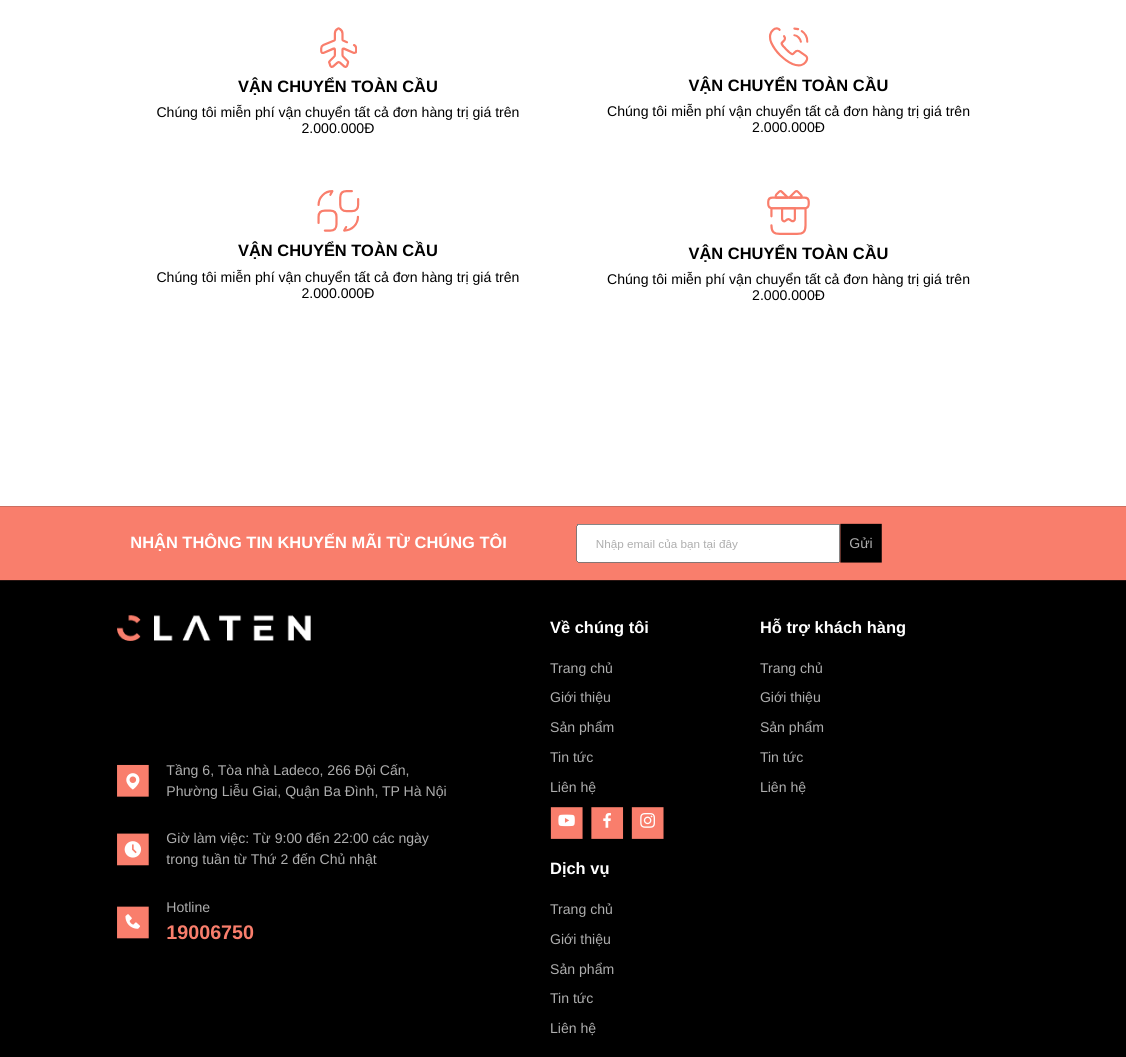
Repository: RennoPMXK/doan
Page: index.html
These files come from the project's save history. The page is drawn as it stood at one moment and after the next save; the edit follows.
The browser window is 1280 px wide. The pictures show the part of the page from y = 573 to 1774 px (the page is 1774 px tall before and 1766 px after), at 88% of full size.

Above is the page before, as saved 2021-11-16 19:56:36.

### index.html
<!DOCTYPE html>
<html lang="en">
<head>
    <meta charset="UTF-8">
    <meta http-equiv="X-UA-Compatible" content="IE=edge">
    <meta name="viewport" content="width=device-width, initial-scale=1.0">
    <title>Document</title>
    <link rel="stylesheet" href="./grid.css">
    <link rel="stylesheet" href="./style.css">
    <link rel="stylesheet" href="./responsible.css">
    <link href='https://unpkg.com/boxicons@2.0.9/css/boxicons.min.css' rel='stylesheet'>
</head>
<body>
    <div class="navbar">
        <div class="navbar-wrapper">
            <a class="logo">
                <img src="./img/logo.png" alt="">
            </a>

            <div class="navbar-menu mobile-menu">
                <i class='bx bx-x mobile-close-icon'></i>
                <li class="navbar-menu-item"><a class = 'active' href="#">Trang chủ</a></li>
                <li class="navbar-menu-item"><a href="#">Giới thiệu</a></li>
                <li class="navbar-menu-item"><a href="#">Sản phẩm <i class='bx bxs-down-arrow navbar-menu-icon'></i></a>
                    <ul class="navbar-sub-menu">
                        <li class="navbar-sub-menu-item"><a href="">Đồng hồ nam</a></li>
                        <li class="navbar-sub-menu-item"><a href="">Đồng hồ nữ</a></li>
                        <li class="navbar-sub-menu-item"><a href="">Đồng hồ mới về</a></li>
                        <li class="navbar-sub-menu-item"><a href="">Phụ kiện nam</a></li>
                        <li class="navbar-sub-menu-item"><a href="">Phụ kiện nữ</a></li>
                    </ul>
                </li>
                <li class="navbar-menu-item"><a href="#">Tin tức</a></li>
                <li class="navbar-menu-item"><a href="#">Liên hệ</a></li>
            </div>

            <div class="navbar-icon">
                 <li class="navbar-icon-item"><a href=""><i class='bx bx-search-alt'></i></a></li>
                 <li class="navbar-icon-item"><a href=""><i class='bx bx-user'></i></a></li>
                 <li class="navbar-icon-item"><a href="#"><i class='bx bx-shopping-bag bx-tada ' ></i></a></li>
                 <li class="navbar-icon-item"><a href="#"><i class='bx bx-menu-alt-right menu-icon'></i></a></li>

            </div>
        </div>
        <div class="modal"></div>
    </div>

    <section class="hero-section">

             <div class="bgimg slide-item fade" style="background-image: url(./img/1a\(32\).jpg)">
                 <div class="caption">
                     <h2 class="top-down delay-2">
                        ĐỒNG HỒ ROLEX

                     </h2>

                     <p class="top-down delay-4">
                       Lorem ipsum dolor sit amet consectetur adipisicing elit. Aut eligendi voluptates enim tempora cupiditate ex minus aperiam impedit maxime nam. Sunt neque amet veniam vitae adipisci impedit aliquam officia hic.
                     </p>

                     <button class="top-down delay-6">
                         MUA NGAY
                     </button>
                 </div>

             </div>


             <div class="bgimg slide-item fade" style="background-image: url(./img/dong-ho-thoi-trang-rolex-banner.jpg)">
                <div class="caption">
                    <h2>
                        ĐỒNG HỒ ROLEX
                    </h2>

                    <p>
                        Lorem ipsum dolor sit amet consectetur adipisicing elit. Aut eligendi voluptates enim tempora cupiditate ex minus aperiam impedit maxime nam. Sunt neque amet veniam vitae adipisci impedit aliquam officia hic.
                    </p>

                    <button>
                        MUA NGAY
                    </button>
                </div>

             </div>


             <div class="bgimg slide-item fade" style="background-image: url(./img/Banchay_Longines_banner-1024x427.jpg)">
                <div class="caption">
                    <h2>
                        ĐỒNG HỒ ROLEX
                    </h2>

                    <p>
                        Lorem ipsum dolor sit amet consectetur adipisicing elit. Aut eligendi voluptates enim tempora cupiditate ex minus aperiam impedit maxime nam. Sunt neque amet veniam vitae adipisci impedit aliquam officia hic.
                    </p>

                    <button>
                        MUA NGAY
                    </button>
                </div>

             </div>


             <div class="slide-control">
                <div class="slide-control-wrapper">
                    <span class="dot" onclick="chooseSlide(0)"></span>
                    <span class="dot"  onclick="chooseSlide(1)"></span>
                    <span class="dot" onclick="chooseSlide(2)" ></span>

                </div>
             </div>

    </section>

    <section class="hero-section-mini ">
        <div class="container row">
            <div class="hero-section-mini-item col-3 col-md-6 col-sm-6">
                <img src="./img/icon_service_1.svg" alt="">
                 <h3>VẬN CHUYỂN TOÀN CẦU</h3>
                 <p>Chúng tôi miễn phí vận chuyển tất cả đơn hàng trị giá trên 2.000.000Đ</p>
            </div>

            <div class="hero-section-mini-item col-3 col-md-6 col-sm-6">
               <img src="./img/icon_service_2.svg" alt="">
                <h3>VẬN CHUYỂN TOÀN CẦU</h3>
                <p>Chúng tôi miễn phí vận chuyển tất cả đơn hàng trị giá trên 2.000.000Đ</p>
           </div>

           <div class="hero-section-mini-item col-3 col-md-6 col-sm-6">
               <img src="./img/icon_service_3.svg" alt="">
                <h3>VẬN CHUYỂN TOÀN CẦU</h3>
                <p>Chúng tôi miễn phí vận chuyển tất cả đơn hàng trị giá trên 2.000.000Đ</p>
           </div>

           <div class="hero-section-mini-item col-3 col-md-6 col-sm-6">
               <img src="./img/icon_service_4.svg" alt="">
                <h3>VẬN CHUYỂN TOÀN CẦU</h3>
                <p>Chúng tôi miễn phí vận chuyển tất cả đơn hàng trị giá trên 2.000.000Đ</p>
           </div>

        </div>
    </section>

    <div class="footer">
        <div class="footer-contact">
            <div class="container">
                <div class= "footer-contact-content row">
                    <h3 class="col-6 col-md-6 col-sm-12">NHẬN THÔNG TIN KHUYẾN MÃI TỪ CHÚNG TÔI</h3>
                    <div class="form col-6 col-md-6 col-sm-12">
                        <input type="text" placeholder="Nhập email của bạn tại đây"><a href="">Gửi</a></input>

                    </div>

                </div>

            </div>

         </div>
        <div class="container">

            <div class="wrapper row ">
                <div class="footer-logo row col-5 col-md-6 col-sm-12">
                    <a class="footer-img">
                        <img src="./img/logo.png" alt="">
                    </a>

                    <ul class="footer-des">
                           <li class="footes-des-item">
                               <div class="footer-des-icon">
                                    <i class='bx bxs-map'></i>
                               </div>
                               <p>Tầng 6, Tòa nhà Ladeco, 266 Đội Cấn,<br> Phường Liễu Giai, Quận Ba Đình, TP Hà Nội</p>
                           </li>
                           <li class="footes-des-item">
                                <div class="footer-des-icon">
                                    <i class='bx bxs-time-five' ></i>
                                </div>
                               <p>Giờ làm việc: Từ 9:00 đến 22:00 các ngày <br>trong tuần từ Thứ 2 đến Chủ nhật</p>
                           </li>
                           <li class="footes-des-item">
                            <div class="footer-des-icon">
                                <i class='bx bxs-phone' ></i>
                             </div>
                               <p>Hotline<br>
                                   <span>19006750</span>
                               </p>
                           </li>
                    </ul>
                </div>

                <div class="footer-menu row col-7 col-md-6 col-sm-12">
                     <div class="footer-menu-item col-4 col-md-6 col-sm-12">
                         <h3>Về chúng tôi</h3>
                         <ul>
                            <li><a href="">Trang chủ</a></li>
                            <li><a href="">Giới thiệu</a></li>
                            <li><a href="">Sản phẩm</a></li>
                            <li><a href="">Tin tức</a></li>
                            <li><a href="">Liên hệ</a></li>
                         </ul>

                         <div class="footer-social">
                            <li><a href=""><i class='bx bxl-youtube' ></i></a></li>
                            <li><a href=""><i class='bx bxl-facebook' ></i></a></li>
                            <li><a href=""><i class='bx bxl-instagram' ></i></a></li>
                       </div>
                     </div>

                     <div class="footer-menu-item col-4 col-md-6 col-sm-12">
                        <h3>Hỗ trợ khách hàng</h3>
                        <ul>
                           <li><a href="">Trang chủ</a></li>
                           <li><a href="">Giới thiệu</a></li>
                           <li><a href="">Sản phẩm</a></li>
                           <li><a href="">Tin tức</a></li>
                           <li><a href="">Liên hệ</a></li>
                        </ul>
                    </div>

                    <div class="footer-menu-item col-4 col-md-6 col-sm-12">
                        <h3>Dịch vụ</h3>
                        <ul>
                           <li><a href="">Trang chủ</a></li>
                           <li><a href="">Giới thiệu</a></li>
                           <li><a href="">Sản phẩm</a></li>
                           <li><a href="">Tin tức</a></li>
                           <li><a href="">Liên hệ</a></li>
                        </ul>
                    </div>



                </div>


            </div>
        </div>
    </div>


    <script src="./app.js"></script>
</body>
</html>

### grid.css
.row {
    display: flex;
    flex-wrap: wrap;
    margin: 0 -15px;
}

[class*="col-"] {
    padding: 0 15px;
}

.col-1 {
    width: 8.33%;
}

.col-2 {
    width: 16.66%;
}

.col-3 {
    width: 25%;
}

.col-4 {
    width: 33.33%;
}

.col-5 {
    width: 41.66%;
}

.col-6 {
    width: 50%;
}

.col-7 {
    width: 58.33%;
}

.col-8 {
    width: 66.66%;
}

.col-9 {
    width: 75%;
}

.col-10 {
    width: 83.33%;
}

.col-11 {
    width: 91.66%;
}

.col-12 {
    width: 100%;
}

/* MEDIUM SCREEN */

@media only screen and (max-width: 1280px) {
    .col-md-1 {
        width: 8.33%;
    }

    .col-md-2 {
        width: 16.66%;
    }

    .col-md-3 {
        width: 25%;
    }

    .col-md-4 {
        width: 33.33%;
    }

    .col-md-5 {
        width: 41.66%;
    }

    .col-md-6 {
        width: 50%;
    }

    .col-md-7 {
        width: 58.33%;
    }

    .col-md-8 {
        width: 66.66%;
    }

    .col-md-9 {
        width: 75%;
    }

    .col-md-10 {
        width: 83.33%;
    }

    .col-md-11 {
        width: 91.66%;
    }

    .col-md-12 {
        width: 100%;
    }
}

/* SMALL SCREEN */

@media only screen and (max-width: 850px) {
    .col-sm-1 {
        width: 8.33%;
    }

    .col-sm-2 {
        width: 16.66%;
    }

    .col-sm-3 {
        width: 25%;
    }

    .col-sm-4 {
        width: 33.33%;
    }

    .col-sm-5 {
        width: 41.66%;
    }

    .col-sm-6 {
        width: 50%;
    }

    .col-sm-7 {
        width: 58.33%;
    }

    .col-sm-8 {
        width: 66.66%;
    }

    .col-sm-9 {
        width: 75%;
    }

    .col-sm-10 {
        width: 83.33%;
    }

    .col-sm-11 {
        width: 91.66%;
    }

    .col-sm-12 {
        width: 100%;
    }
}

### style.css
:root {
    --orangeprime : #F97E6C;
    --blackrgba : rgba(0, 0, 0, 0.945);
    --footer-color : #AEAEAE;
}

html {
box-sizing: border-box;
}
*{
margin: 0;
padding: 0;
}
*,*:before,*:after {
box-sizing: border-box;
}
input,
textarea,
select,
button{
outline: none;
}
input{
line-height: normal;
}
label,
button{
cursor: pointer;
}
a {
text-decoration: none;

}
img {
display: block;

}

ul{
    list-style-type: none;
}

body {
    font-family: Montserrat,"Helvetica Neue",Helvetica;
}

span {
    color: var(--orangeprime);
    cursor: pointer;
    transition : all 0.3s linear;
    font-size: 1.4rem;
    font-weight: bold;
}

span:hover {
    color : white
}

li {
    list-style-type: none;
}

.container {
    margin : 0 auto;
    padding: 0 10%;
}
/* navbar */

.navbar {
    background-color: black;
    position: relative;

}

.navbar-wrapper {
   padding : 20px 0px;
   display: flex;
   align-items: center;
   justify-content: space-evenly;
}

.navbar-menu {
    display: flex;
    list-style-type: none;
}

.navbar-menu-icon {
    font-size: 0.5rem;
    transform: translateY(-2.5px);
    transition : 0.2s linear;
}

.navbar-menu-icon{
    transition: 0.2s ease-in-out;
}

.navbar-menu-icon.active {
    transform: rotate(-180deg);
}

.navbar-menu-item {
    position: relative;
}

.navbar-menu-item a.active {
    color: var(--orangeprime);
}

.navbar-menu-item ~ .navbar-menu-item {
    margin-left: 30px;
}

.navbar-menu-item a {
    color: white;
    font-size: 1rem;
    transition: 0.2s ease-in-out;
    letter-spacing: 1px;
}


.navbar-menu-item a:hover {
    color : var(--orangeprime);
}

.navbar-menu-item:nth-child(3) {
    position: relative;
}



.navbar-sub-menu{
    width: 150px;
    position: absolute;
    list-style-type: none;
    padding : 20px;
    background-color: var(--blackrgba);
    top: 30px;
    z-index: 100;
    display : none;
    transition: all 0.2s ease-in-out;
}


.navbar-menu-item:active .navbar-sub-menu {
    display : block;
    top: 30px;
}




.navbar-sub-menu-item {
   margin : 10px 0;
}

.navbar-sub-menu.active {
    display : block;
}

.navbar-sub-menu-item a {
    font-size: 0.8rem;
    letter-spacing: 1.2px;
}

.navbar-icon {
    display: flex;
    list-style-type: none;
}

.navbar-icon-item ~ .navbar-icon-item {
    margin-left: 25px;
}

.navbar-icon-item a {
    color : white;
    font-size: 1.5rem;
    transition: 0.2s ease-in-out;
}

.navbar-icon-item a:hover {
    color : var(--orangeprime);
}

.navbar-icon-item:last-child {
    display: none;
}

.mobile-close-icon {
    display: none;
}

/* section-hero */

.hero-section {
    position: relative;
    height: 70vh;
}


.bgimg {
    height: 100%;
    position: relative;
    background-position: center;
    background-repeat: no-repeat;
    background-size: cover;
    display: flex;
}

.bgimg::after {
    content : '\A';
    position : absolute;
    width: 100%;
    height : 100%;
    top: 0;
    left : 0;
    background-color: rgba(0, 0, 0, 0.8);
}

.caption {
    position: absolute;
    top: 48%;
    left: 25%;
    transform: translate(-50% , -50%) ;
    text-align: left;
    z-index: 10;
    width: 34.7%;
}

.caption h2 {
    line-height: 1.5;
    color: white;
    margin-bottom: 20px;
    text-transform: uppercase;
    font-size: 2.1rem;
    letter-spacing: 1.2px;
}

.caption p {
    text-align: left;
    color : white;
    font-size: 1.2rem;
    letter-spacing: 1.2px;
    line-height: 1.5;
}

.caption button {
    background-color: white;
    border: 1px solid  transparent;
    color : red;
    padding : 10px 40px;
    font-size: 16px;
    font-weight: bold;
    text-transform: uppercase;
    margin-top: 30px;
    transition : background-color 0.5s ease , color 0.5s ease , width 0.6s;
}

.caption button:hover {
    color : white;
    cursor: pointer;
    background-color:  red;
}

.caption button:focus {
    outline : none;
}

.dot {
    cursor: pointer;
    height: 10px;
    width: 10px;
    margin: 0 2px;
    background-color: white;
    border-radius: 5px;
    display: inline-block;
}

.dot:hover {
    background-color: red;
}

.dot.active {
    background-color: red;
    width: 30px;
}

.slide-control {
    position: absolute;
    left: 50%;
    transform : translateX(-50%);
    bottom: 20px;
    width: 10px;
    text-align: center;
}

.slide-control-wrapper{
    display: inline-flex;
}

.slide-item {
    display: none;
}


.top-down {
    transform: translateY(-50px);
    visibility: hidden;
    opacity: 0;
    transition: 0.5s ease-in-out ;
}

.delay-2 {
    transition-delay: 0.2s;
}

.delay-4 {
    transition-delay: 0.4s;
}


.delay-6 {
    transition-delay: 0.6s;
}


.delay-8 {
    transition-delay: 0.8s;
}

.slide-item.active .top-down{
    transform: translateY(0);
    visibility: visible;
    opacity: 1;
}

/* mini hero section */

.hero-section-mini{

}

.hero-section-mini-item {
    display: flex;
    padding: 30px;
    gap: 10px;
    flex-direction:column;
    align-items: center;
    text-align: center;
}
/* footer */
.footer {
    color: var(--footer-color);
    margin-top: 200px;
    background-color: black;
    line-height: 1.5;
}

.footer-contact {
    background-color: var(--orangeprime);


}

.footer-contact h3 {
  color :white;
}

.footer-contact-content {
    padding : 20px;
    display: flex;
    justify-content: space-around;
    align-items: center;
    flex-wrap: wrap;
}

.form input {
    padding: 10px 20px;
    width: 300px;
}

.form a {
    padding: 10px;
    background-color: black;
    color : white;
}

.form {
    display: flex;
    flex-wrap: nowrap;
}

::placeholder {
    color: var(--footer-color);
}

.footer a {
    color: var(--footer-color);
    transition : 0.3s linear;
}

.footer a:hover {
    color: var(--orangeprime);
}

.footer-menu h3 {
    margin-top: 20px;
    color : white;
    margin-bottom: 20px;
}

.wrapper {
    padding: 20px;
    position: relative;
}


.footes-des-item {
    margin-top: 30px;
    display : flex;
    align-items: center;
}

.footer-des-icon {
    display : flex;
    align-items: center;
    justify-content:center;
    width: 36px;
    height : 36px;
    background-color: var(--orangeprime);
    margin-right: 20px;
}

.footer-des-icon i {
    font-size: 1.4rem;
    color : white;

}


.footer-menu-item li {
    margin-top: 10px;
}

.footer-social {
    display : flex;
    transform: translateX(-9px);
}

.footer-img{
    margin-top: 20px;
}

.footer-social li  {
    display : flex;
    align-items: center;
    justify-content:center;
    text-align: center;
    margin-left: 10px;
    width: 36px;
    height : 36px;
    background-color: var(--orangeprime);
}

.footer-social li a {
   color : white;
   font-size: 1.4rem;
}

.footer-social li:hover a {
    color : white;
 }

 /* fade animation */

 .fade {
     animation-name: fade;
     animation-duration: 1s;
     -webkit-animation-name: fade;
     -webkit-animation-duration: 1s;
 }

 @keyframes fade {
     from { opacity: 0.4
    } to {
        opacity: 1
    }
 }

 @-webkit-keyframes fade {
    from { opacity: 0.4
   } to {
       opacity: 1
   }
}

### responsible.css


/* Tablet */

@media only screen and (max-width: 1024px){
   .navbar-menu {
       display: none;

   }

   .navbar-wrapper {
        justify-content: space-around;
   }


   .navbar-icon-item:last-child {
        display: block;
   }


   .navbar-menu {
    padding : 20px;
    width: 40vw;
    background-color: black;
    display: block;
    position: fixed;
    top: 60px;
    left: 0;
    height: 100vh;
    min-width: 300px;
}

    .navbar-menu-item {
        margin-left: 30px;
        padding: 20px;
    }

    .navbar-sub-menu{
        position: initial;
    }


    .mobile-menu {
        transform : translateX(-100%);
        transition: 0.4s ease-in-out;
        z-index: 100;
    }

    .mobile-menu.active {
        transform : translateX(0);
    }

    .modal {
        display: none;
        position: fixed;
        top: 0;
        bottom: 0;
        right: 0;
        left: 0;
        background-color: rgba(14, 13, 13, 0.6);
    }

    .modal.active {
        display : block
    }

    .mobile-close-icon {
        cursor: pointer;
        font-size: 1.5rem;
        display: block;
        color: white;
        position: absolute;
        top: 5px;
        right:10px;
    }


}


/* Mobile */

@media only screen and (max-width: 740px) {
  .logo img{
      height: 15px;
      transform: translateY(-9px);
  }

  .navbar-icon-item a {
    color : white;
    font-size: 1.2rem;
    transition: 0.2s ease-in-out;
  }

  .navbar-icon-item a:hover {
    color : white;
  }

  .caption {
      width: 40%;
      text-align: left;
  }

  .caption h2 {
      font-size: 1.8rem;
  }

  .caption p {
      font-size: 0.9rem;
  }

  .caption button {
      font-size: 0.8rem;
      width: 100%;

  }

}

### app.js
// Menu effect

var navbarItem= document.querySelectorAll('.navbar-menu-item a')
var subMenu= document.querySelector('.navbar-sub-menu')
var iconmenu = document.querySelector('.navbar-menu-item i')
var menuMobie = document.querySelector('.menu-icon')
var overlayMenu = document.querySelector('.mobile-menu')
var modal = document.querySelector('.modal')
var closeMobile = document.querySelector('.mobile-close-icon')
console.log(navbarItem[2])
navbarItem[2].addEventListener('click', function(){
  subMenu.classList.toggle('active');
  iconmenu.classList.toggle('active');
})

menuMobie.addEventListener("click" , function(){
   overlayMenu.classList.add('active');
   modal.classList.add('active');
})

closeMobile.addEventListener('click', function(){
    overlayMenu.classList.remove('active');
    modal.classList.remove('active');
})

navbarItem.forEach(function(item , index){
  item.onclick = function(){
    document.querySelector('.navbar-menu-item a.active').classList.remove('active');
    this.classList.add('active')
  }
})

const $ = document.querySelector.bind(document)
const $$ = document.querySelectorAll.bind(document)

var tabs = $$('.tab-item');


var panes = $$('.tab-pane');


// tab-active
tabs.forEach(function(tab, index){
    tab.onclick = function(){
        document.querySelector('.tab-item.active').classList.remove('active')
        this.classList.add('active')
        document.querySelector('.tab-pane.active').classList.remove('active')
        panes[index].classList.add('active')
    }
})

// hero-slide
var slideIndex = 0;
showSlide();

var timer = setInterval(showSlide, 3000);
var slideContainer = document.querySelector('.hero-section')
var slideControl = document.querySelector('.slide-control')

slideContainer.onmouseover = function(){
  clearInterval(timer);
}

slideControl.onmouseover = function(){
  clearInterval(timer);
}

slideContainer.onmouseleave = function(){
  timer = setInterval(showSlide,3000);
}

slideControl.onmouseleave = function(){
  timer = setInterval(showSlide, 3000);
}

function showSlide(){

   var slides = document.querySelectorAll('.slide-item');
   var dots = document.querySelectorAll(".dot");

   slides.forEach(function(slide , index){
      slides[index].style.display = 'none'
      slides[index].classList.remove('active')
   })

   dots.forEach(function(dot,index){
     dots[index].classList.remove("active");
   })

   slideIndex++;
   if(slideIndex > slides.length) slideIndex = 1;
   slides[slideIndex-1].style.display = "block";
   slides[slideIndex-1].classList.add('active')
   dots[slideIndex-1].classList.add("active");
}

function chooseSlide(n){
  slideIndex = n;
  showSlide();
  clearInterval(timer);
}

After the next save:
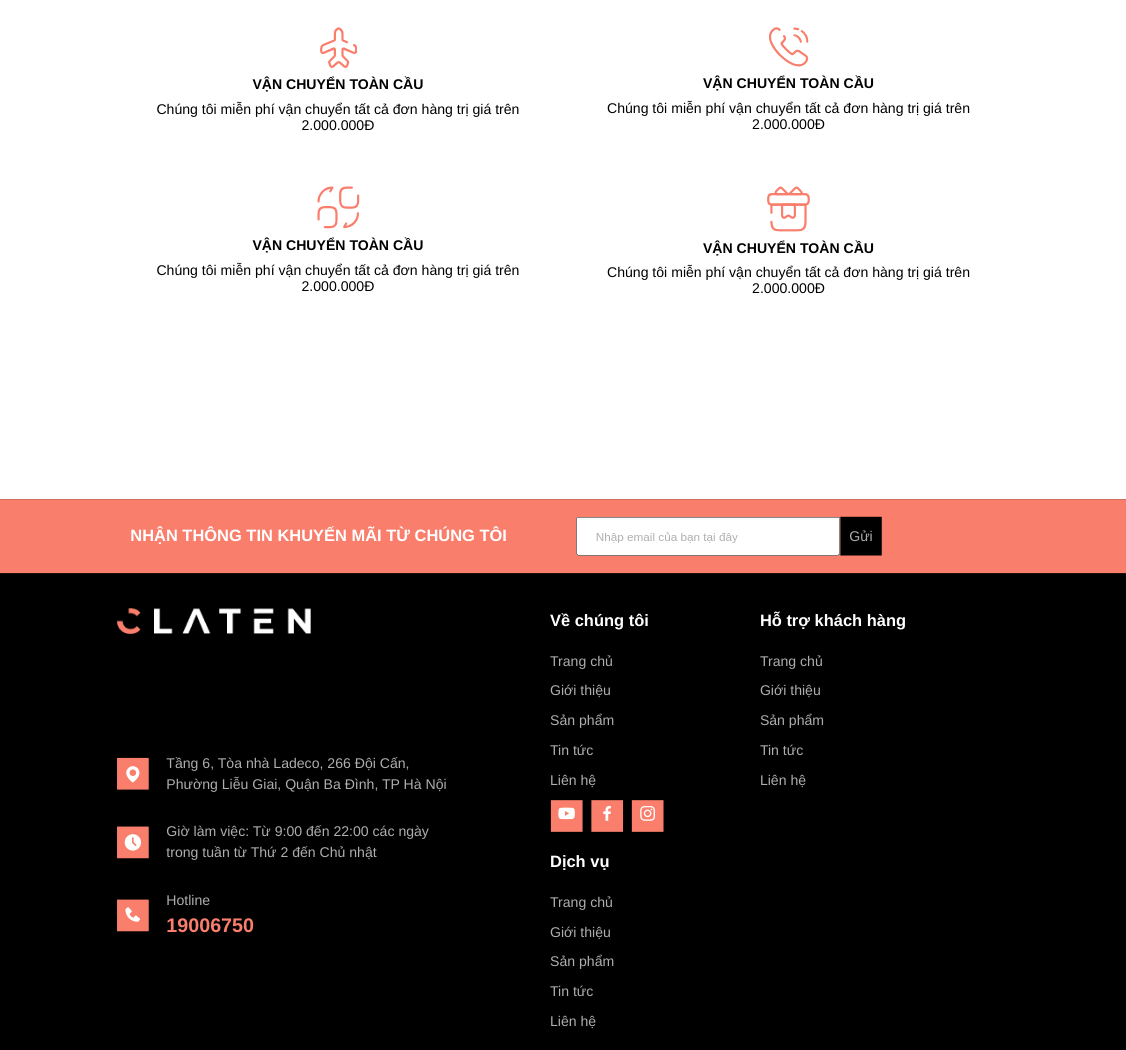
Saved 54 s later.
--- a/style.css
+++ b/style.css
@@ -347,6 +347,14 @@ li {
     align-items: center;
     text-align: center;
 }
+
+.hero-section-mini-item h3 {
+   font-size: 1rem;
+}
+
+.hero-section-mini-item p {
+
+}
 /* footer */
 .footer {
     color: var(--footer-color);
